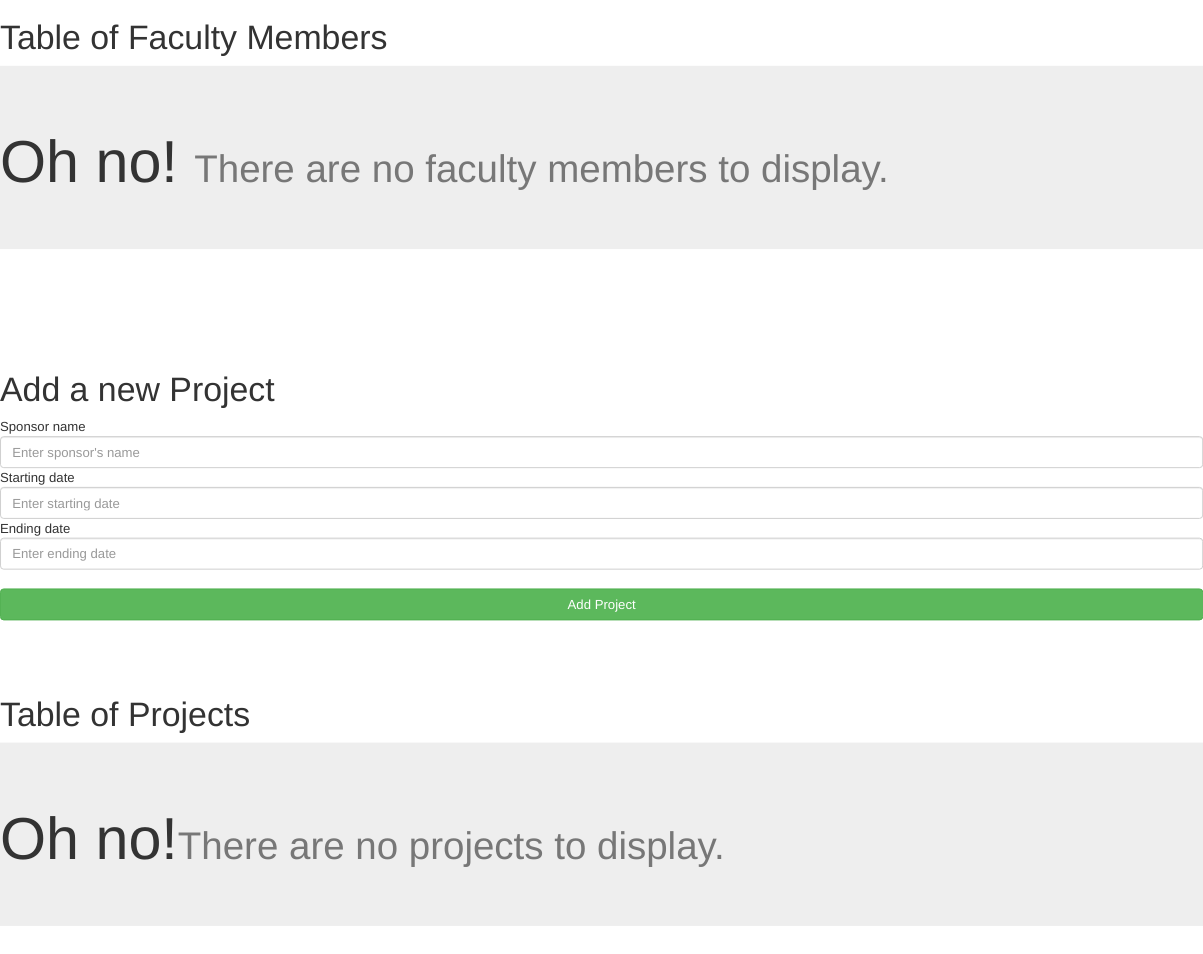
Repository: cpham19/DatabaseSite
Page: http://localhost/database/Table
The author's editor kept a copy of each file at every save. The page is drawn from the files as they stood at one save, then again after the next save.
The browser window is 1280 px wide. The pictures show the whole page, at 94% of full size.
The page is served by Tomcat 9. Other server files are loaded and not shown. Queries for data that is not in the repository find no rows.

Above is the page before, as saved 2017-07-30 04:24:56.

### database/src/main/webapp/Table.jsp
<%@ page language="java" contentType="text/html; charset=UTF-8" pageEncoding="UTF-8"%>
<%@ taglib prefix="c" uri="http://java.sun.com/jsp/jstl/core" %>
<%@ taglib prefix="fn" uri="http://java.sun.com/jsp/jstl/functions" %>
<!doctype html>
<html lang="en">
<head>
	<title>Faculty</title>
	<!-- Latest compiled and minified CSS -->
	<link rel="stylesheet" href="https://maxcdn.bootstrapcdn.com/bootstrap/3.3.7/css/bootstrap.min.css" integrity="sha384-BVYiiSIFeK1dGmJRAkycuHAHRg32OmUcww7on3RYdg4Va+PmSTsz/K68vbdEjh4u" crossorigin="anonymous">
</head>
<body>
	<h1>Table of Faculty Members</h1>
	<c:if test="${empty faculties}">
		<div class="jumbotron">
			<h1>Oh no! <small>There are no faculty members to display.</small></h1>
		</div>
	</c:if>

	<c:if test="${not empty faculties}">
		<c:forEach items="${faculties}" var="faculty">
			<div class="panel panel-default">
	 			<div class="panel-body">
					<h3>${faculty.name} (${faculty.res_spec})
					 <a href="ViewProfessorProject?name=${faculty.name}&ssn=${faculty.ssn}" class="btn btn-primary" role="button">View Projects</a><a href="DeleteFaculty?id=${faculty.id}&ssn=${faculty.ssn}" class="btn btn-danger" role="button">Delete Faculty</a>
					 <br/>
					</h3>
					<p>Gender: ${faculty.gender} | Age: ${faculty.age} | SSN : ${faculty.ssn}</p>
						<form action="AddProjectToProf" method="post">
								<input type="text" id="prof_ssn" name="prof_ssn" value="${faculty.ssn}">
								<input type="text" id="proj_num" name="proj_num" placeholder="Enter project number">
								<button type="submit" class="btn btn-success btn-block">Add Project to Professor</button>
						</form>
			    </div>
			</div>
		</c:forEach>
	</c:if>

	<br/>
	<br/>
    <br/>
	<br/>
	<h1>Add a new Project</h1>
	<form action="AddProject" method="post">
		Sponsor name <input type="text" class="form-control" id="sponsorName" name="sponsorName" placeholder="Enter sponsor's name">
		Starting date <input type="text" class="form-control" id="startingDate" name="startingDate" placeholder="Enter starting date">
		Ending date <input type="text" class="form-control" id="endingDate" name="endingDate" placeholder="Enter ending date">
		<br/>
		<button type="submit" class="btn btn-success btn-block">Add Project</button>
	</form>

	<br/>
	<br/>
	<br/>

    <h1>Table of Projects</h1>
	<c:if test="${empty projects}">
		<div class="jumbotron">
			<h1>Oh no!<small>There are no projects to display.</small></h1>
		</div>
	</c:if>

	<c:if test="${not empty projects}">
		<c:forEach items="${projects}" var="project">
 			<div class="pane panel-default">
				 <div class = "pane panel-heading"><h1>Project#${project.projectNum} ${project.sponsorName} | Start: ${project.startingDate}  End: ${project.endingDate}  <a href="DeleteProject?id=${project.projectNum}" class="btn btn-danger" role="button">Delete Project</a></h1></div>
			</div>
		</c:forEach>
	</c:if>

</body>
</html>

### database/src/main/java/Table.java
import java.io.IOException;
import java.sql.Connection;
import java.sql.DriverManager;
import java.sql.ResultSet;
import java.sql.SQLException;
import java.sql.Statement;
import java.util.ArrayList;

import javax.servlet.ServletConfig;
import javax.servlet.ServletException;
import javax.servlet.http.HttpServlet;
import javax.servlet.http.HttpServletRequest;
import javax.servlet.http.HttpServletResponse;

public class Table extends HttpServlet
{
	private static final long serialVersionUID = 1L;


	public void init(ServletConfig config) throws ServletException {
		super.init(config);

		try {
			Class.forName("org.postgresql.Driver");
		}
		catch (ClassNotFoundException e) {
			throw new ServletException(e);
		}
	}

	protected void doGet(HttpServletRequest request, HttpServletResponse response) throws ServletException, IOException
	{
		ArrayList<FacultyModel> faculties = new ArrayList<>();
		ArrayList<ProjectModel> projects = new ArrayList<>();

		Connection c = null;
        try
        {
            String url = "jdbc:postgresql://cs1.calstatela.edu:5432/cs4222s29";
            String username = "cs4222s29";
            String password = "Wh0QcrwJ";
            c = DriverManager.getConnection( url, username, password );

            Statement stmt = c.createStatement();

            ResultSet rs = stmt.executeQuery("select * from faculty");

            while (rs.next()) {

            	FacultyModel entry = new FacultyModel(rs.getInt("id"), rs.getString("ssn"), rs.getString("name"), rs.getInt("age"),
            										  rs.getString("gender"), rs.getString("rank"), rs.getString("res_spec"));

            	faculties.add(entry);
 			}

            rs = stmt.executeQuery("select * from project");

            while (rs.next()) {

            	ProjectModel entry = new ProjectModel(rs.getInt("project_num"), rs.getString("sponsor_name"), rs.getString("starting_date"), rs.getString("ending_date"));

            	projects.add(entry);
 			}
        }

        catch( SQLException e ) {

            throw new ServletException( e );

        }

        finally {

            try {

                if( c != null ) c.close();

            }

            catch( SQLException e ) {

                throw new ServletException( e );

            }

        }

        request.setAttribute("faculties", faculties);
        request.setAttribute("projects", projects);

        request.getRequestDispatcher("Table.jsp").forward(request,response);
	}


	protected void doPost(HttpServletRequest request, HttpServletResponse response) throws ServletException, IOException
	{
		doGet(request, response);
	}

}

After the next save:
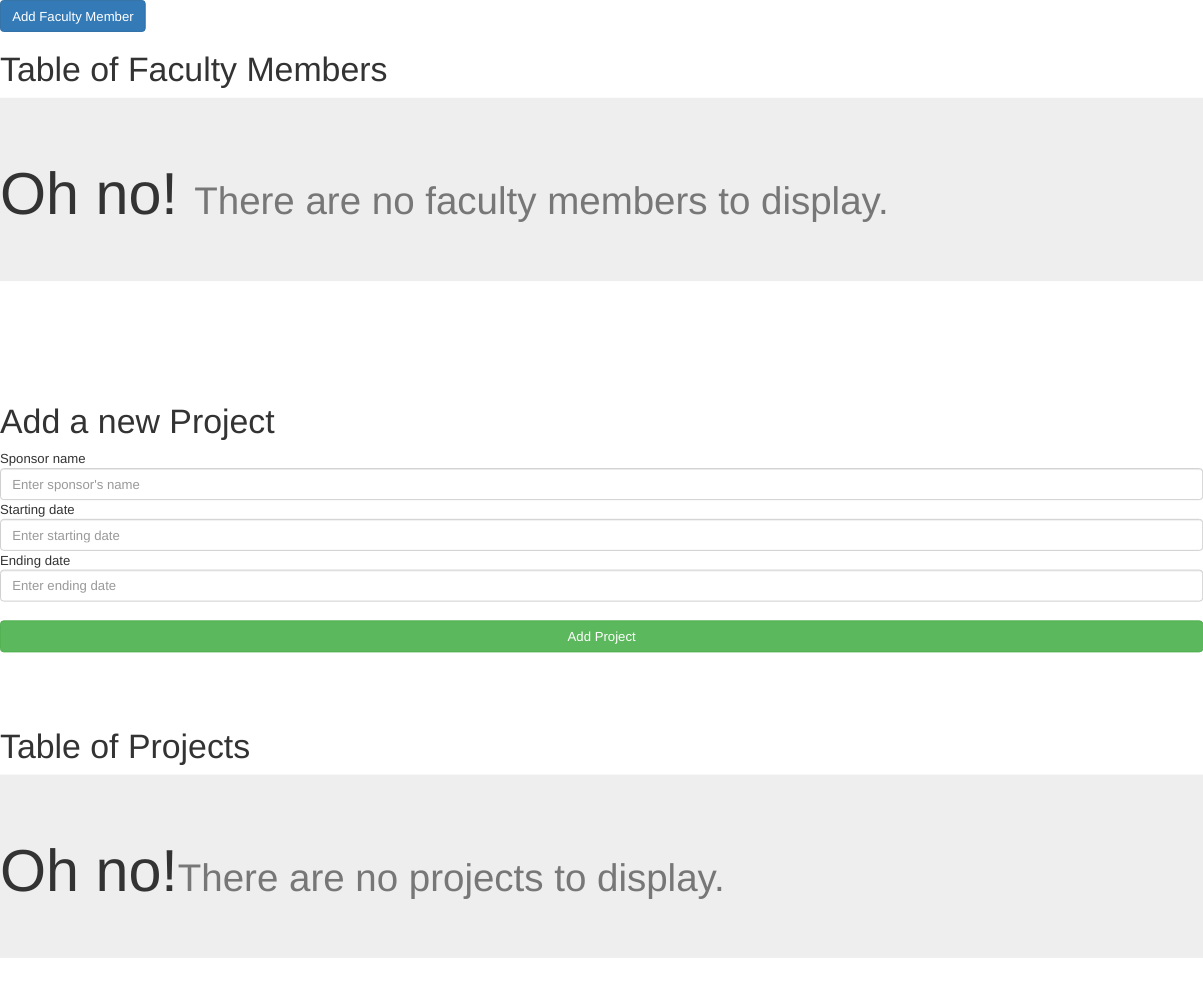
Saved 56 s later.
--- a/database/src/main/webapp/Table.jsp
+++ b/database/src/main/webapp/Table.jsp
@@ -9,6 +9,8 @@
 	<link rel="stylesheet" href="https://maxcdn.bootstrapcdn.com/bootstrap/3.3.7/css/bootstrap.min.css" integrity="sha384-BVYiiSIFeK1dGmJRAkycuHAHRg32OmUcww7on3RYdg4Va+PmSTsz/K68vbdEjh4u" crossorigin="anonymous">
 </head>
 <body>
+	 <a href="AddFaculty.jsp" class="btn btn-primary" role="button">Add Faculty Member</a>
+
 	<h1>Table of Faculty Members</h1>
 	<c:if test="${empty faculties}">
 		<div class="jumbotron">
